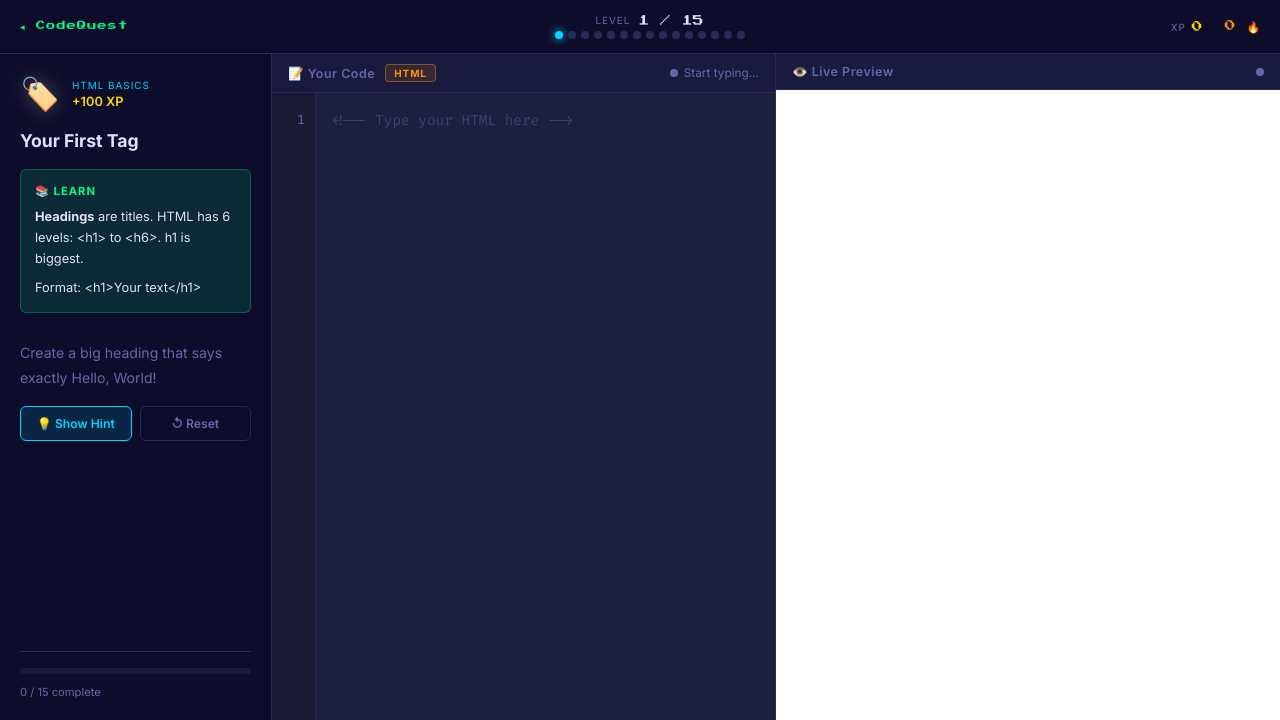
Repository: IBNKHALID06/CodeQuest
Page: game.html
These files come from the project's save history. The page is drawn as it stood at one moment and after the next save; the edit follows.
The browser window is 1280 px wide. The pictures show the whole page.

Above is the page before, as saved 2026-03-15 20:15:40.

After the next save:
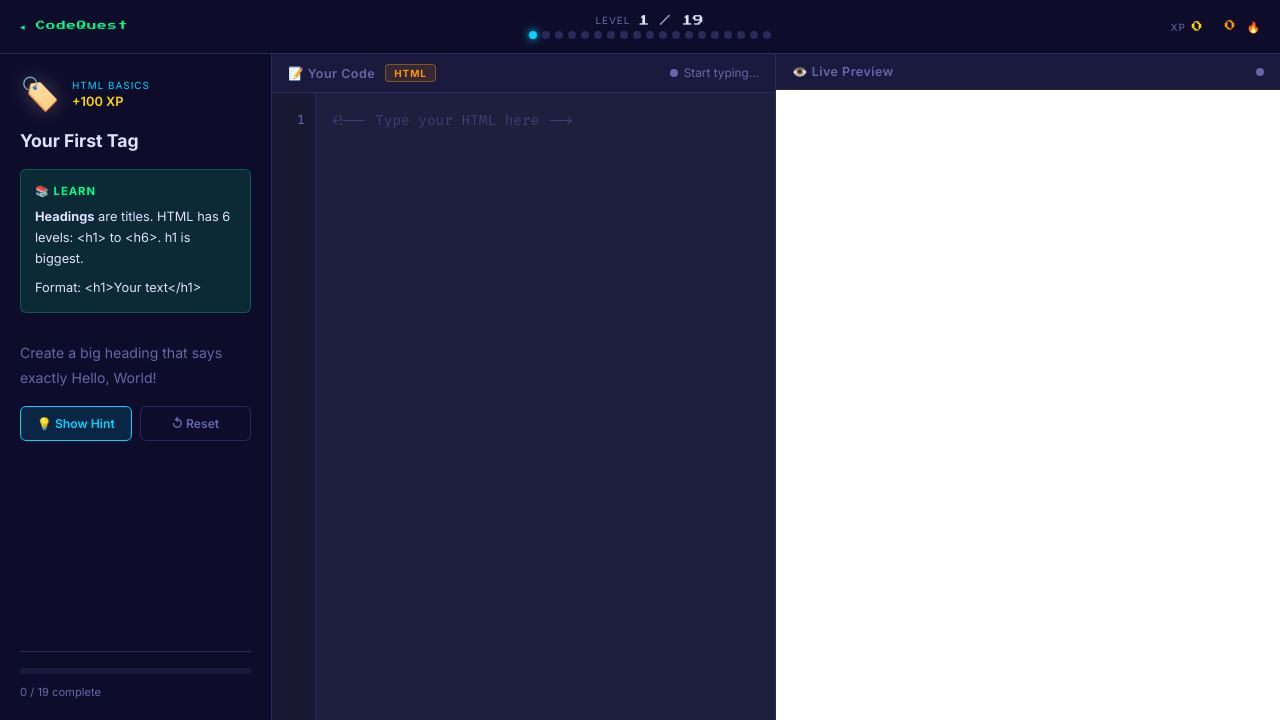
Saved 12 min 47 s later.
--- a/js/levels.js
+++ b/js/levels.js
@@ -254,5 +254,78 @@ const LEVELS = [
              a && a.textContent.trim().length > 0 &&
              img && imgSrc && imgSrc.trim().length > 0;
     }
+  },
+
+  {
+    id: 16, xp: 250, badge: '📋', chapter: 'Forms', title: 'Build a Form',
+    lesson: '<p>A <span class="code-inline">&lt;form&gt;</span> collects user input. It wraps input fields and buttons.</p><p><span class="code-inline">&lt;label&gt;</span> describes inputs for accessibility.<br><span class="code-inline">&lt;input&gt;</span> accepts user data (we saw this before!).<br><span class="code-inline">&lt;button&gt;</span> submits the form.</p><p>Structure:<br><span class="code-inline">&lt;form&gt;</span><br><span class="code-inline">&nbsp;&nbsp;&lt;label&gt;Name:&lt;/label&gt;</span><br><span class="code-inline">&nbsp;&nbsp;&lt;input type="text"&gt;</span><br><span class="code-inline">&nbsp;&nbsp;&lt;button&gt;Submit&lt;/button&gt;</span><br><span class="code-inline">&lt;/form&gt;</span></p>',
+    description: 'Create a form with: a label "Email:", an input field, and a Submit button.',
+    smallHint: 'Use &lt;form&gt; wrapper, &lt;label&gt;, &lt;input&gt;, and &lt;button&gt;.',
+    fullHint: '&lt;form&gt;&lt;label&gt;Email:&lt;/label&gt;&lt;input type="email"&gt;&lt;button&gt;Submit&lt;/button&gt;&lt;/form&gt;',
+    startCode: '',
+    validate(doc, code) {
+      const form = doc.querySelector('form');
+      const label = form?.querySelector('label');
+      const input = form?.querySelector('input');
+      const btn = form?.querySelector('button');
+      return code.includes('<form>') && code.includes('</form>') &&
+             code.includes('<label>') && code.includes('</label>') &&
+             code.includes('<input') && code.includes('<button>') && code.includes('</button>') &&
+             label && label.textContent.includes('Email') &&
+             input && btn && btn.textContent.trim() === 'Submit';
+    }
+  },
+
+  {
+    id: 17, xp: 275, badge: '📝', chapter: 'Forms', title: 'Textarea & Dropdowns',
+    lesson: '<p><span class="code-inline">&lt;textarea&gt;</span> is for multi-line text input (longer messages, comments).</p><p><span class="code-inline">&lt;select&gt;</span> creates a dropdown menu.<br><span class="code-inline">&lt;option&gt;</span> defines each choice in the dropdown.</p><p>Textarea: <span class="code-inline">&lt;textarea rows="5"&gt;&lt;/textarea&gt;</span><br><br>Dropdown:<br><span class="code-inline">&lt;select&gt;&lt;option&gt;Choice 1&lt;/option&gt;&lt;option&gt;Choice 2&lt;/option&gt;&lt;/select&gt;</span></p>',
+    description: 'Create a textarea and a select dropdown with 2+ options.',
+    smallHint: '&lt;textarea&gt;&lt;/textarea&gt; for text, &lt;select&gt; with &lt;option&gt; tags inside.',
+    fullHint: '&lt;textarea rows="5"&gt;&lt;/textarea&gt;&lt;select&gt;&lt;option&gt;Option 1&lt;/option&gt;&lt;option&gt;Option 2&lt;/option&gt;&lt;/select&gt;',
+    startCode: '',
+    validate(doc, code) {
+      const textarea = doc.querySelector('textarea');
+      const select = doc.querySelector('select');
+      const options = select?.querySelectorAll('option') || [];
+      return code.includes('<textarea') && code.includes('</textarea>') &&
+             code.includes('<select>') && code.includes('</select>') &&
+             code.match(/<option>/g) && code.match(/<\/option>/g) &&
+             textarea && select && options.length >= 2;
+    }
+  },
+
+  {
+    id: 18, xp: 300, badge: '📊', chapter: 'Data & Structure', title: 'Create a Table',
+    lesson: '<p><span class="code-inline">&lt;table&gt;</span> displays structured data in rows and columns.</p><p><span class="code-inline">&lt;tr&gt;</span> = table row<br><span class="code-inline">&lt;th&gt;</span> = table header (bold, semantic)<br><span class="code-inline">&lt;td&gt;</span> = table data (regular cell)</p><p>Structure:<br><span class="code-inline">&lt;table&gt;</span><br><span class="code-inline">&nbsp;&nbsp;&lt;tr&gt;&lt;th&gt;Name&lt;/th&gt;&lt;th&gt;Age&lt;/th&gt;&lt;/tr&gt;</span><br><span class="code-inline">&nbsp;&nbsp;&lt;tr&gt;&lt;td&gt;Alice&lt;/td&gt;&lt;td&gt;25&lt;/td&gt;&lt;/tr&gt;</span><br><span class="code-inline">&lt;/table&gt;</span></p>',
+    description: 'Create a table with: a header row (2+ columns) and 2+ data rows.',
+    smallHint: 'Use &lt;table&gt;, &lt;tr&gt; for rows, &lt;th&gt; for headers, &lt;td&gt; for data.',
+    fullHint: '&lt;table&gt;&lt;tr&gt;&lt;th&gt;Name&lt;/th&gt;&lt;th&gt;City&lt;/th&gt;&lt;/tr&gt;&lt;tr&gt;&lt;td&gt;Alice&lt;/td&gt;&lt;td&gt;NYC&lt;/td&gt;&lt;/tr&gt;&lt;tr&gt;&lt;td&gt;Bob&lt;/td&gt;&lt;td&gt;LA&lt;/td&gt;&lt;/tr&gt;&lt;/table&gt;',
+    startCode: '',
+    validate(doc, code) {
+      const table = doc.querySelector('table');
+      const rows = table?.querySelectorAll('tr') || [];
+      const headers = table?.querySelectorAll('th') || [];
+      const cells = table?.querySelectorAll('td') || [];
+      return code.includes('<table>') && code.includes('</table>') &&
+             code.match(/<tr>/g) && code.match(/<\/tr>/g) &&
+             code.match(/<th>/g) && code.match(/<\/th>/g) &&
+             code.match(/<td>/g) && code.match(/<\/td>/g) &&
+             rows.length >= 3 && headers.length >= 2 && cells.length >= 2;
+    }
+  },
+
+  {
+    id: 19, xp: 300, badge: '🔗', chapter: 'Advanced', title: 'Comments & Linking',
+    lesson: '<p><span class="code-inline">&lt;!-- comment --&gt;</span> = HTML comment (browsers ignore it).</p><p>Use comments to document your code!</p><p><span class="code-inline">&lt;link&gt;</span> (in &lt;head&gt;) connects CSS files:<br><span class="code-inline">&lt;link rel="stylesheet" href="style.css"&gt;</span></p><p><span class="code-inline">&lt;script&gt;</span> (usually at end of &lt;body&gt;) loads JavaScript:<br><span class="code-inline">&lt;script src="app.js"&gt;&lt;/script&gt;</span></p><p>HTML is the skeleton, CSS is the style, JavaScript is the behavior!</p>',
+    description: 'Create: an HTML comment, a link to "styles.css", and a script tag to "main.js"',
+    smallHint: 'Comment: &lt;!-- text --&gt;<br>Link: &lt;link rel="stylesheet" href="..."&gt;<br>Script: &lt;script src="..."&gt;&lt;/script&gt;',
+    fullHint: '&lt;!-- This is a comment --&gt;&lt;link rel="stylesheet" href="styles.css"&gt;&lt;script src="main.js"&gt;&lt;/script&gt;',
+    startCode: '',
+    validate(doc, code) {
+      return code.includes('<!--') && code.includes('-->') &&
+             code.includes('href="styles.css"') &&
+             code.includes('src="main.js"') &&
+             code.includes('<link') && code.includes('<script') && code.includes('</script>');
+    }
   }
 ];
